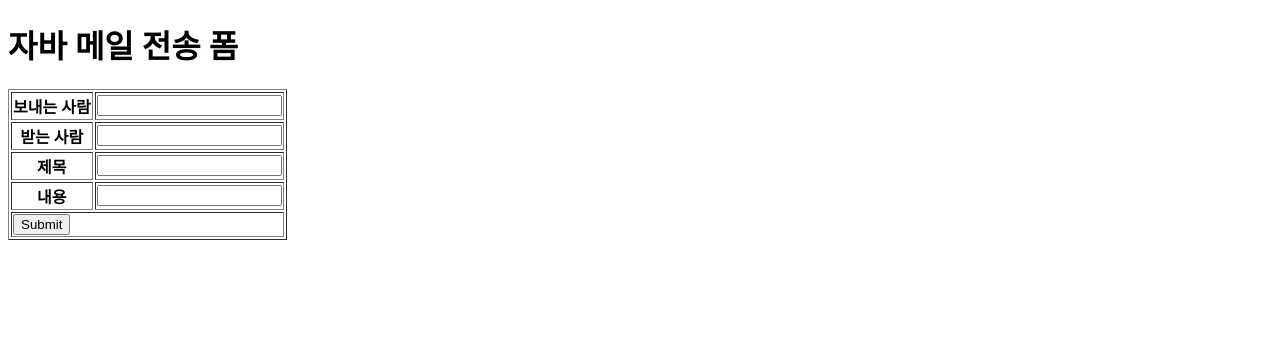
Repository: definitionhyo/itwillbs_jsp
Page: http://localhost/StudyJSP/jsp15_java_mail/mail_Form.jsp
An editor plug-in stored every save of this project. The page is shown before and after the next save, followed by the edit.
The browser window is 1280 px wide. The pictures show the whole page.
The page is served by Tomcat 9.

Above is the page before, as saved 2023-07-10 01:02:13.

After the next save:
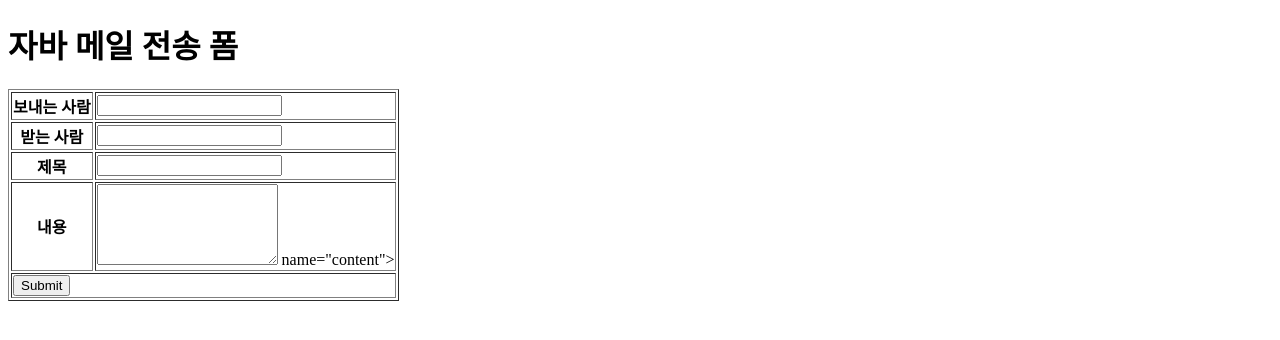
Saved 29 s later.
--- a/StudyJSP/src/main/webapp/jsp15_java_mail/mail_Form.jsp
+++ b/StudyJSP/src/main/webapp/jsp15_java_mail/mail_Form.jsp
@@ -24,7 +24,7 @@
 			</tr>
 			<tr>
 				<th>내용</th>
-				<td><input type="text" name="content"></td>
+				<td><textarea rows="5" cols="20"></textarea> name="content"></td>
 			</tr>
 			<tr>
 				<td colspan="2"><input type="submit" name="메일발송"></td>
